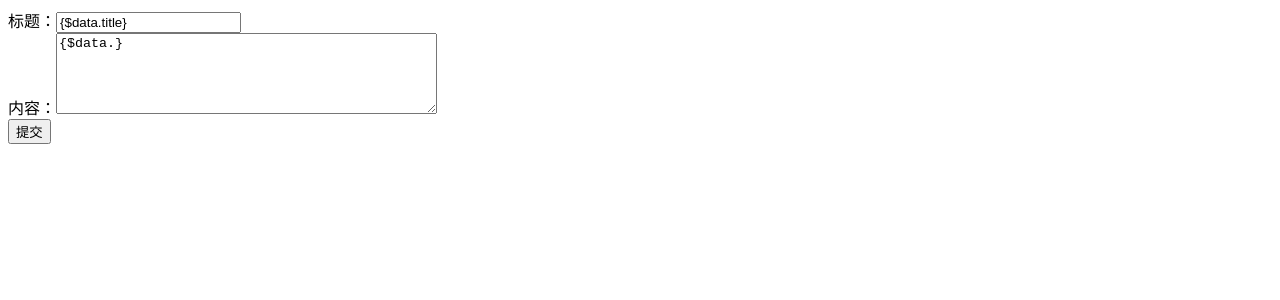
Repository: yonghuisu/THUVote
Page: LocalProject/Application/Home/View/Vote/edit.html
An editor plug-in stored every save of this project. The page is shown before and after the next save, followed by the edit.
The browser window is 1280 px wide. The pictures show the whole page.

Above is the page before, as saved 2014-04-14 10:57:53.

After the next save:
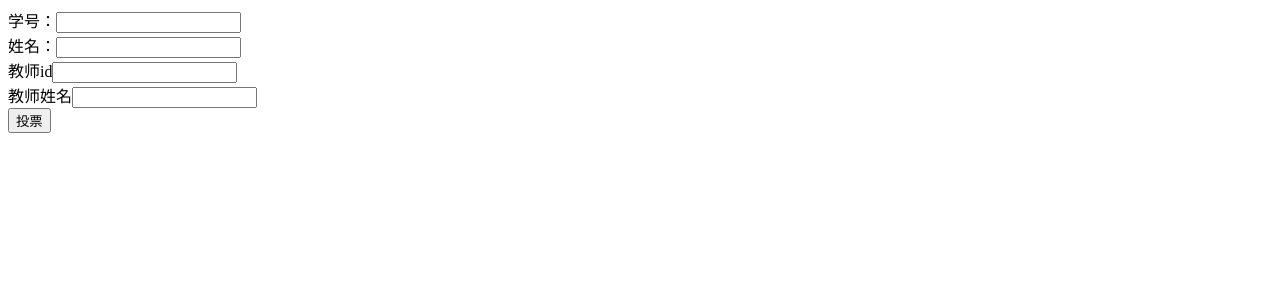
Saved 3 min 40 s later.
--- a/LocalProject/Application/Home/View/Vote/edit.html
+++ b/LocalProject/Application/Home/View/Vote/edit.html
@@ -1,7 +1,7 @@
-  <FORM method="post" action="__URL__/update">
-
-    标题：<INPUT type="text" name="title" value="{$data.title}"><br/>
-    内容：<TEXTAREA name="content" rows="5" cols="45">{$data.}</TEXTAREA><br/>
-    <INPUT type="hidden" name="id" value="{$data.id}">
-    <INPUT type="submit" value="提交">
-  </FORM>
+<FORM method="post" action="__URL__/insert">
+学号：<INPUT type="text" name="student_no"><br/>
+姓名：<INPUT type="text" name="student_name"><br/>
+教师id<INPUT type="text" name = "teacher_id"><br/>
+教师姓名<INPUT type="text" name = "teacher_name"><br/>
+ <INPUT type="submit" value="投票">
+ </FORM>
